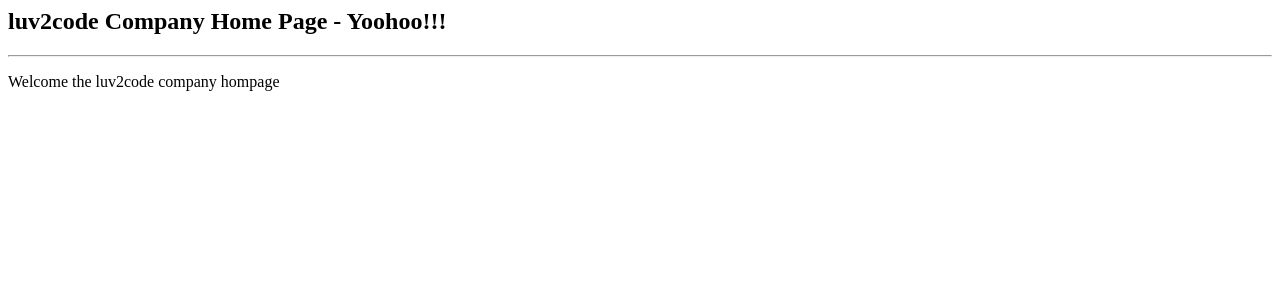
Repository: ldh9282/spring-security
Page: http://localhost/spring-security-demo-05-logout/
The author's editor kept a copy of each file at every save. The page is drawn from the files as they stood at one save, then again after the next save.
The browser window is 1280 px wide. The pictures show the whole page.
The page is served by Tomcat 9. Other server files are loaded and not shown.

Above is the page before, as saved 2022-12-16 11:14:02.

### spring-security-demo-05-logout/src/main/webapp/WEB-INF/view/home.jsp
<%@ taglib prefix="form" uri="http://www.springframework.org/tags/form" %>
<%@ taglib prefix="c" uri="http://java.sun.com/jsp/jstl/core" %>

<html>

<head>

	<title>luv2code Company Home Page</title>
</head>
<body>

	<h2>luv2code Company Home Page - Yoohoo!!!</h2>
	<hr>

	<p>
		Welcome the luv2code company hompage
	</p>
	<!-- Add a logout button -->
	<form:form action="${pageContext.request.contextPath }/logout"
			   method="POST">



	</form:form>
</body>

</html>

After the next save:
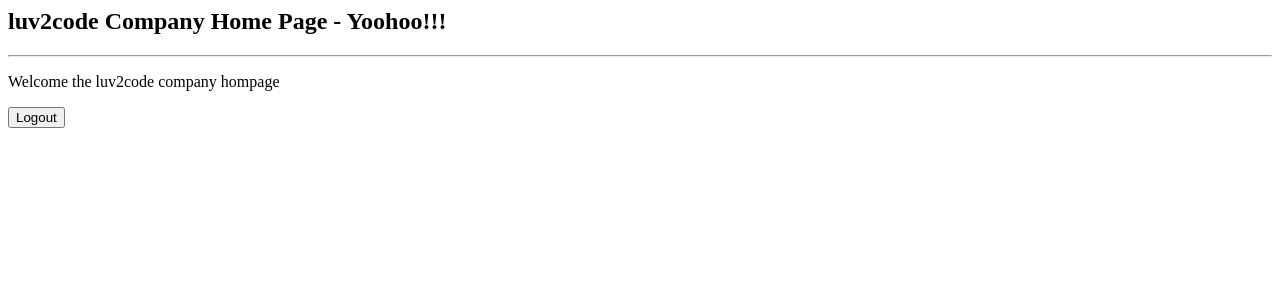
Saved 36 s later.
--- a/spring-security-demo-05-logout/src/main/webapp/WEB-INF/view/home.jsp
+++ b/spring-security-demo-05-logout/src/main/webapp/WEB-INF/view/home.jsp
@@ -19,6 +19,7 @@
 	<form:form action="${pageContext.request.contextPath }/logout"
 			   method="POST">
 
+		<input type="submit" value="Logout" />
 
 
 	</form:form>

After the 2 saves that followed:
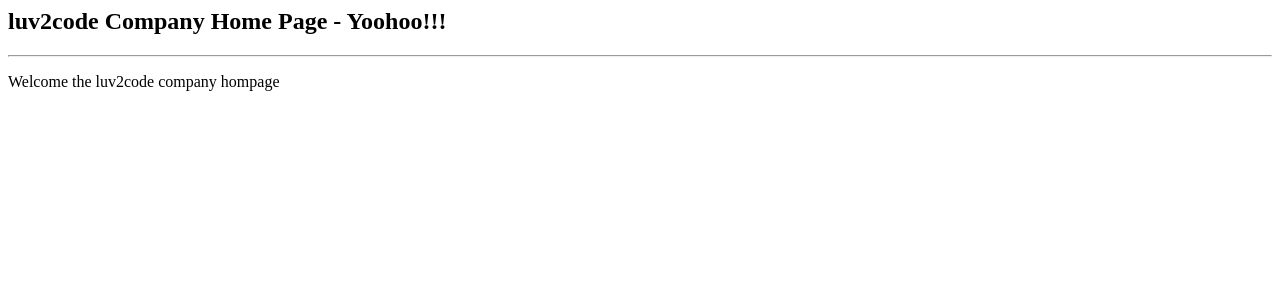
The 2 saves are shown as one change because 1 left the picture as it was.
The last was saved 3 min 58 s later.
--- a/spring-security-demo-05-logout/src/main/webapp/WEB-INF/view/home.jsp
+++ b/spring-security-demo-05-logout/src/main/webapp/WEB-INF/view/home.jsp
@@ -15,14 +15,7 @@
 	<p>
 		Welcome the luv2code company hompage
 	</p>
-	<!-- Add a logout button -->
-	<form:form action="${pageContext.request.contextPath }/logout"
-			   method="POST">
 
-		<input type="submit" value="Logout" />
-
-
-	</form:form>
 </body>
 
 </html>
